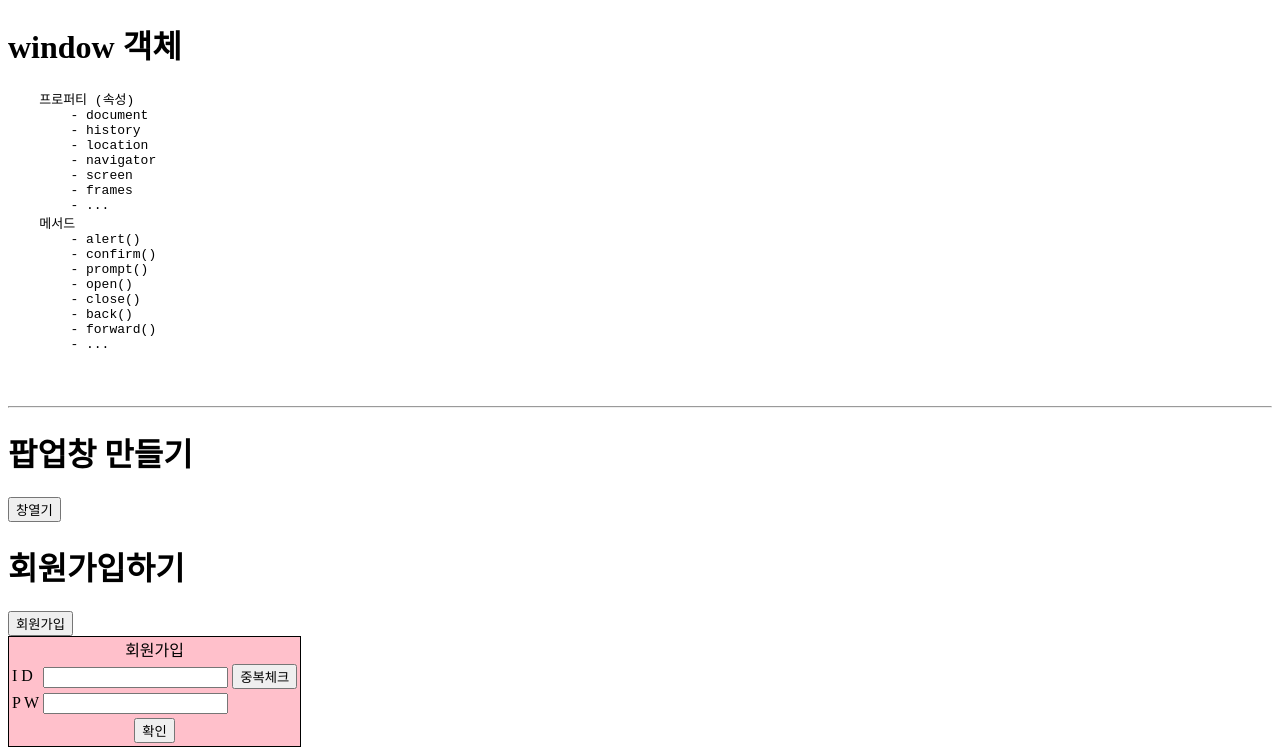
Repository: junewjdtn/TIL
Page: HTML+CSS/html_vscode_UI/4_JS_ec/JS/WebContent/js20_window01.html
An editor plug-in stored every save of this project. The page is shown before and after the next save, followed by the edit.
The browser window is 1280 px wide. The pictures show the whole page.

Above is the page before, as saved 2022-05-18 04:15:06.

### HTML+CSS/html_vscode_UI/4_JS_ec/JS/WebContent/js20_window01.html
<!DOCTYPE html>
<html lang="ko">
<head>
    <meta charset="UTF-8">
    <meta http-equiv="X-UA-Compatible" content="IE=edge">
    <meta name="viewport" content="width=device-width, initial-scale=1.0">
    <title>window01</title>
    <style>
    	#regist{
    		border: 1px solid black;
    		background:pink;
    		position: absolute;
    	}
    </style>
    <script>
        function openWin(){
            window.open("js20_window02.html", "", "width=500px, height=500px");
        }
    </script>
</head>
<body>
    <h1>window 객체</h1>
    <pre>
    프로퍼티 (속성)
        - document
        - history
        - location
        - navigator
        - screen
        - frames
        - ...
    메서드
        - alert()
        - confirm()
        - prompt()
        - open()
        - close()
        - back()
        - forward()
        - ...
    </pre>
    <br><hr>
    <div>
        <h1>팝업창 만들기</h1>
        <button onclick="openWin();" name="btn">창열기</button>
        <div id="tt"></div>
        <h1>회원가입하기</h1>
        <button onclick="registForm();" name="btn">회원가입</button>
    </div>

       	<!-- 회원가입폼 시작 -->
    <div id="regist">
    	<form>
    		<table>
    			<caption>회원가입</caption>
    			<tr>
    				<td>I  D</td>
    				<td>
    					<input type="text" name="id">
    					<input type="button" value="중복체크">
    				</td>
    			</tr>
    			<tr>
    				<td>P  W</td>
    				<td>
    					<input type="password" name="pw" style="color:red;">
    				</td>
    			</tr>
    			<tr>
    				<td colspan="2" align="center">
    					<input type="button" value="확인" onclick="">
    				</td>
    			</tr>
    		</table>
    	</form>
    </div>
</body>
</html>

After the next save:
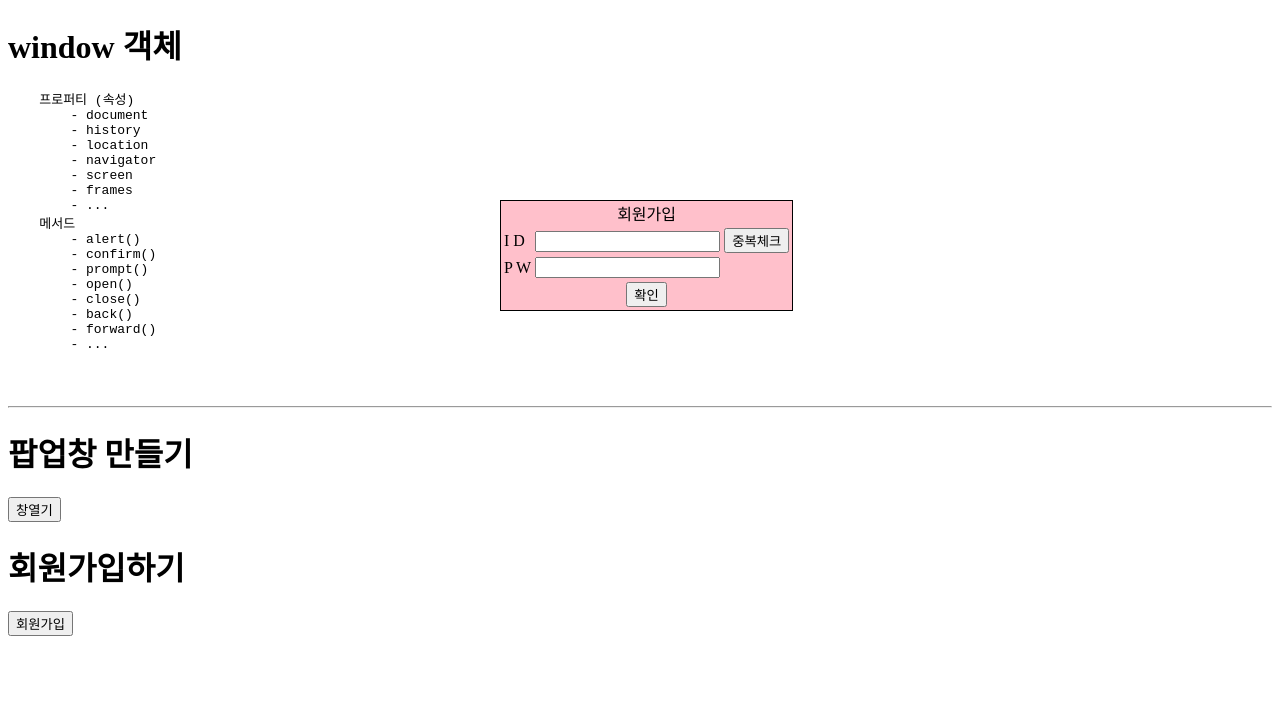
Saved 14 s later.
--- a/HTML+CSS/html_vscode_UI/4_JS_ec/JS/WebContent/js20_window01.html
+++ b/HTML+CSS/html_vscode_UI/4_JS_ec/JS/WebContent/js20_window01.html
@@ -10,6 +10,8 @@
     		border: 1px solid black;
     		background:pink;
     		position: absolute;
+    		top: 200px;
+    		left: 500px;
     	}
     </style>
     <script>
